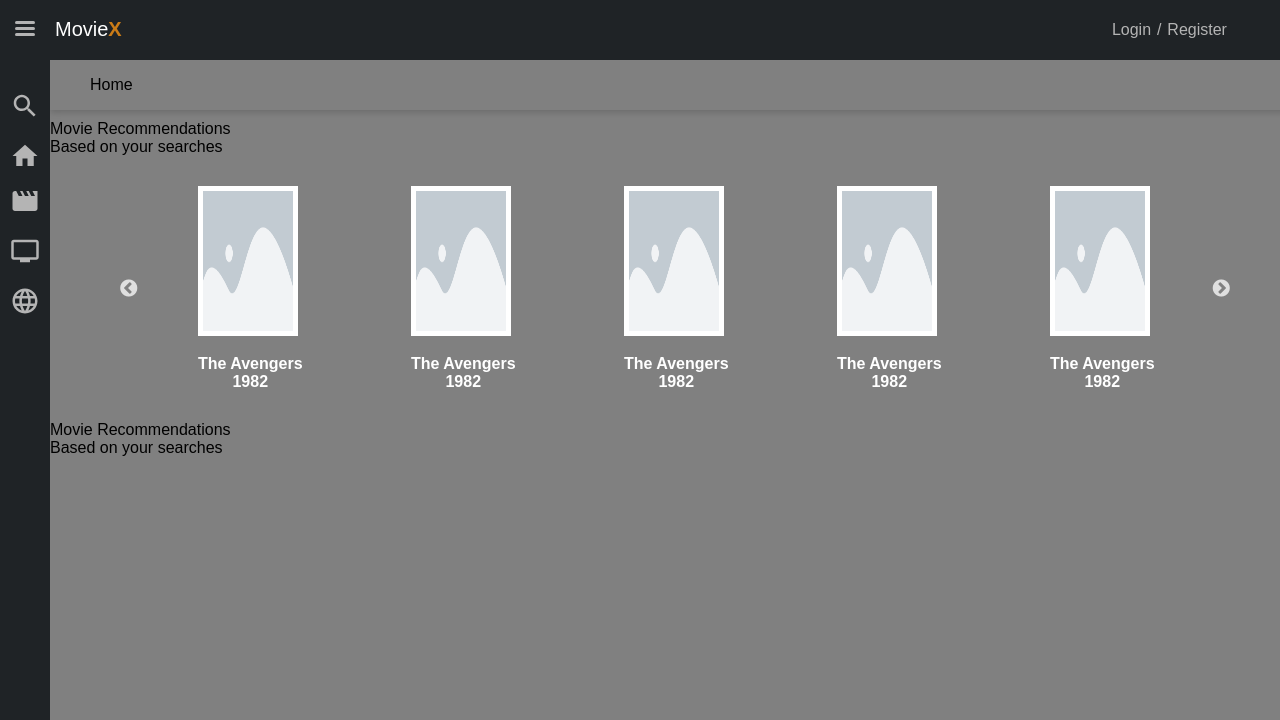
Repository: Amad-Mlinka/MovieTVBrowserNext
Page: /
The author's editor kept a copy of each file at every save. The page is drawn from the files as they stood at one save, then again after the next save.
The browser window is 1280 px wide. The pictures show the whole page.
The project was rebuilt for these pictures with package versions that can differ from the ones it lists, and the page was loaded fresh each time. The framework's server and built-in components were replaced by stand-ins that run in the browser. Also part of the build but not shown: next.config.js.

Above is the page before, as saved 2021-08-07 20:19:04.

After the next save:
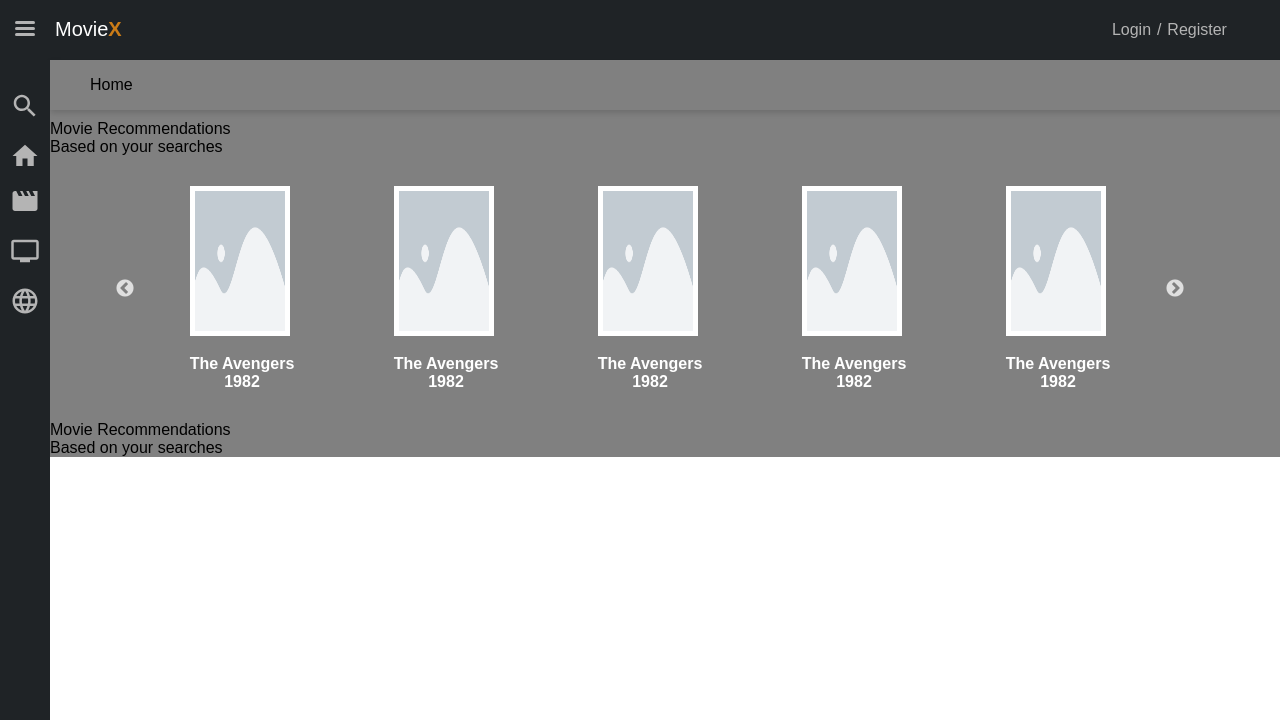
Saved 11 min 16 s later.
--- a/styles/Layout.module.scss
+++ b/styles/Layout.module.scss
@@ -1,7 +1,7 @@
 @import "general.scss";
 
 .main{
-    position: fixed;;
+    position: relative;
     top: 60px;
     transition: all .5s ease;
     width: 100%;
@@ -12,10 +12,10 @@
 }
 
 .hamburgerClose{
-    left: 50px;
+    padding-left: 50px;
     transition: all .5s ease;
 }
 
 .hamburgerOpen{
-    left: 250px;
+    padding-left: 250px;
 }
